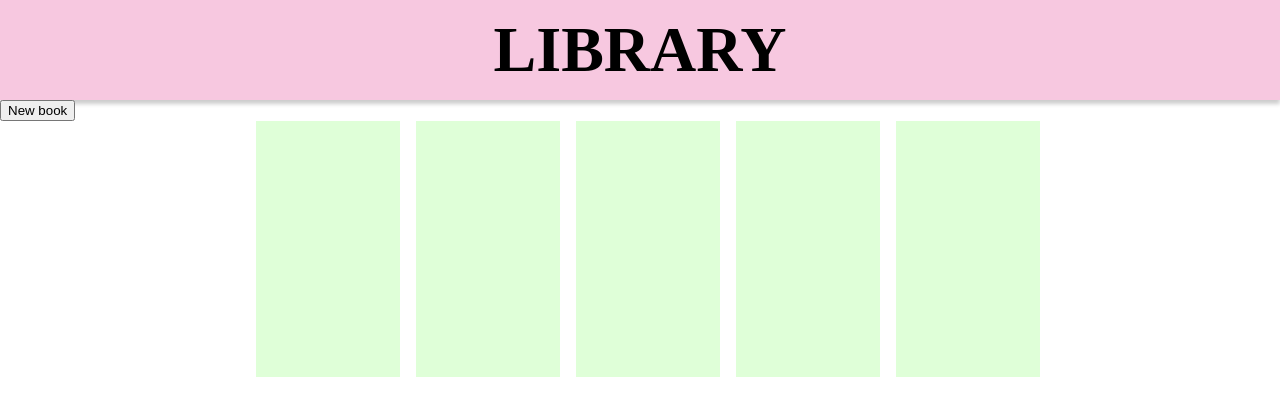
Repository: yeetzpxoci/library
Page: index.html
The author's editor kept a copy of each file at every save. The page is drawn from the files as they stood at one save, then again after the next save.
The browser window is 1280 px wide. The pictures show the whole page.
Some web fonts or font styles are not loaded; a fallback is used.

Above is the page before, as saved 2023-02-21 14:49:11.

After the next save:
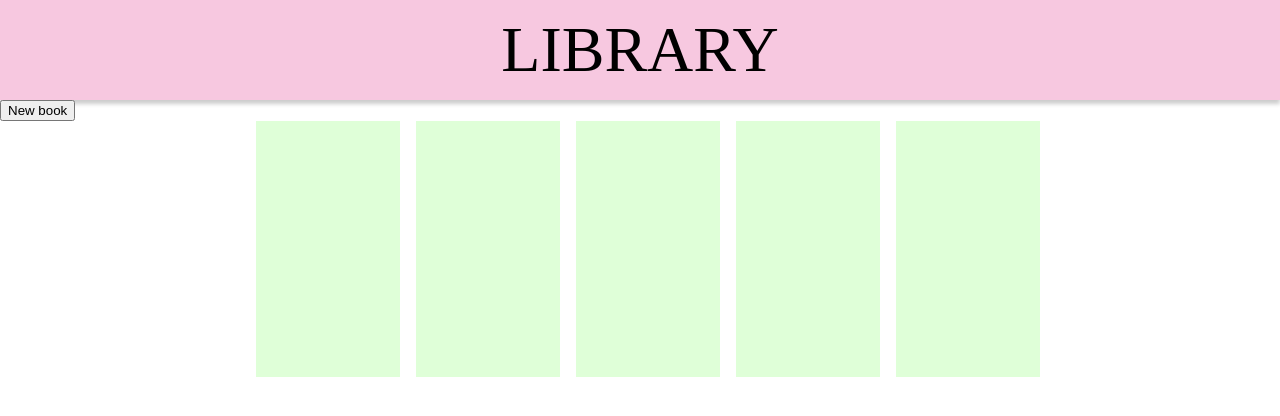
Saved 11 s later.
--- a/styles.css
+++ b/styles.css
@@ -21,8 +21,6 @@ body {
 .header p {
     font-family: 'Gloock', serif;
     font-size: 64px;
-    font-weight: bolder;
-    font-variant: small-caps;
 }
 
 #cards {
